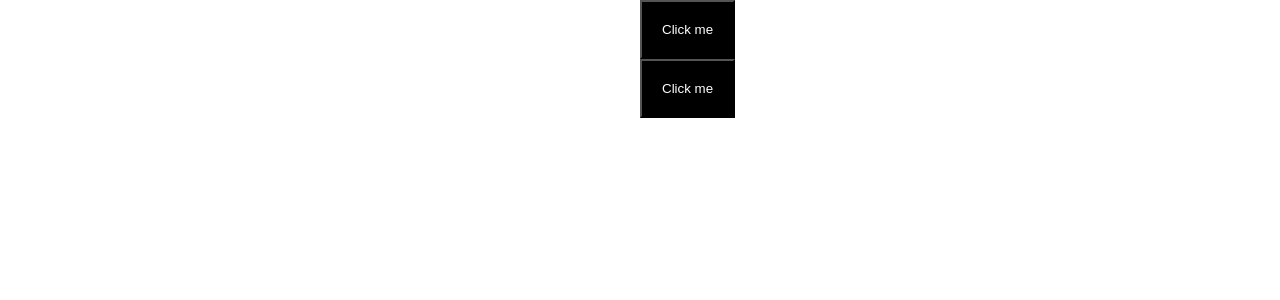
Repository: codysun1912/code
Page: / (app in react-webpack/tiktok/)
These files come from the project's save history. The page is drawn as it stood at one moment and after the next save; the edit follows.
The browser window is 1280 px wide. The pictures show the whole page.
The project was rebuilt for these pictures with package versions that can differ from the ones it lists, and the page was loaded fresh each time.

Above is the page before, as saved 2022-03-18 13:58:40.

### react-webpack/tiktok/src/App.js
import Button from "./components/Button"
import GlobalStyles from "./components/GlobalStyles"


function App() {

    return(
        <GlobalStyles>
         <div>
         <Button/>
         </div>
        </GlobalStyles>
    )

}
export default App

### react-webpack/tiktok/src/components/button.js
import Styles from "./Button.module.css"
import clsx from "clsx"
function Button({primary}){
    const classes = clsx(Styles.btn,{
        [Styles.primary] : primary,
        'd-flex': false

    })
    return(

            <button className = {classes}> Click me </button>

    )
}
export default Button

### react-webpack/tiktok/src/components/GlobalStyles.js
import Button from "./Button"


function GlobalStyles(){
    return (
        <div>
           <Button primary/>
           <Button primary/>
        </div>
    )
}
export default GlobalStyles

### react-webpack/tiktok/src/components/Button.module.css
.btn{
    padding: 20px;
    margin-left: 50%;
}
.primary {
    background-color: black;
    color:white;
}

.d-flex{
    margin-bottom: 10px;
}

Loaded but not shown: react-webpack/tiktok/public/index.html (common file); react-webpack/tiktok/src/index.js (common file); react-webpack/tiktok/src/index.css (common file); react-webpack/tiktok/src/reportWebVitals.js (common file)

After the next save:
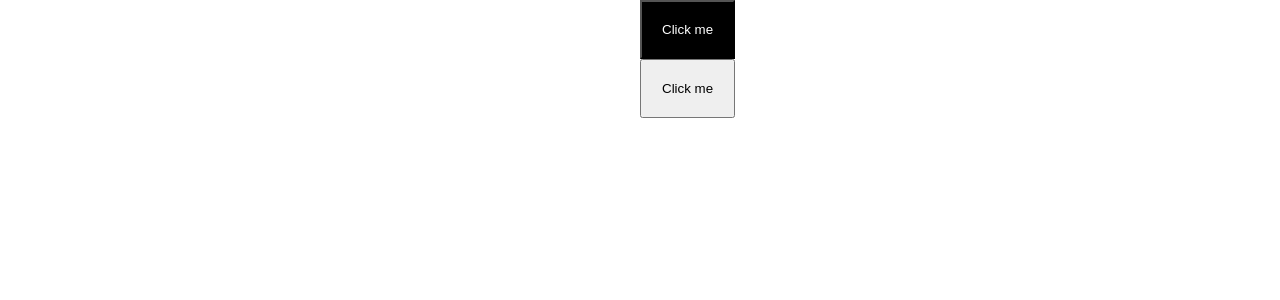
Saved 37 s later.
--- a/react-webpack/tiktok/src/components/GlobalStyles.js
+++ b/react-webpack/tiktok/src/components/GlobalStyles.js
@@ -5,7 +5,7 @@ function GlobalStyles(){
     return (
         <div>
            <Button primary/>
-           <Button primary/>
+           <Button />
         </div>
     )
 }
